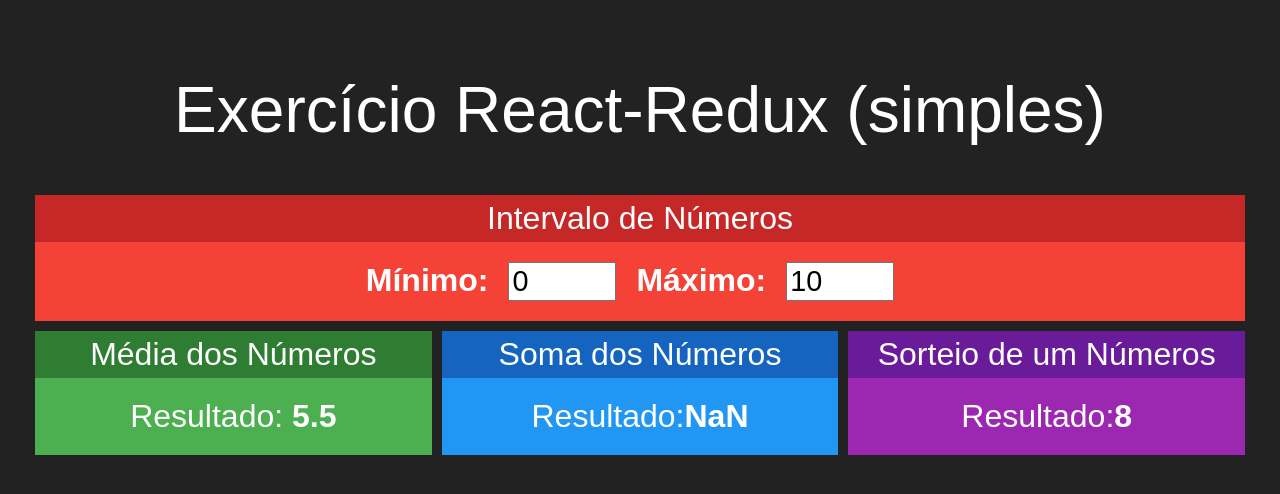
Repository: Henrique-Franca/Clear-Redux-Simples
Page: /
These files come from the project's save history. The page is drawn as it stood at one moment and after the next save; the edit follows.
The browser window is 1280 px wide. The pictures show the whole page.
The project was rebuilt for these pictures with package versions that can differ from the ones it lists, and the page was loaded fresh each time.

Above is the page before, as saved 2022-11-22 08:30:06.

After the next save:
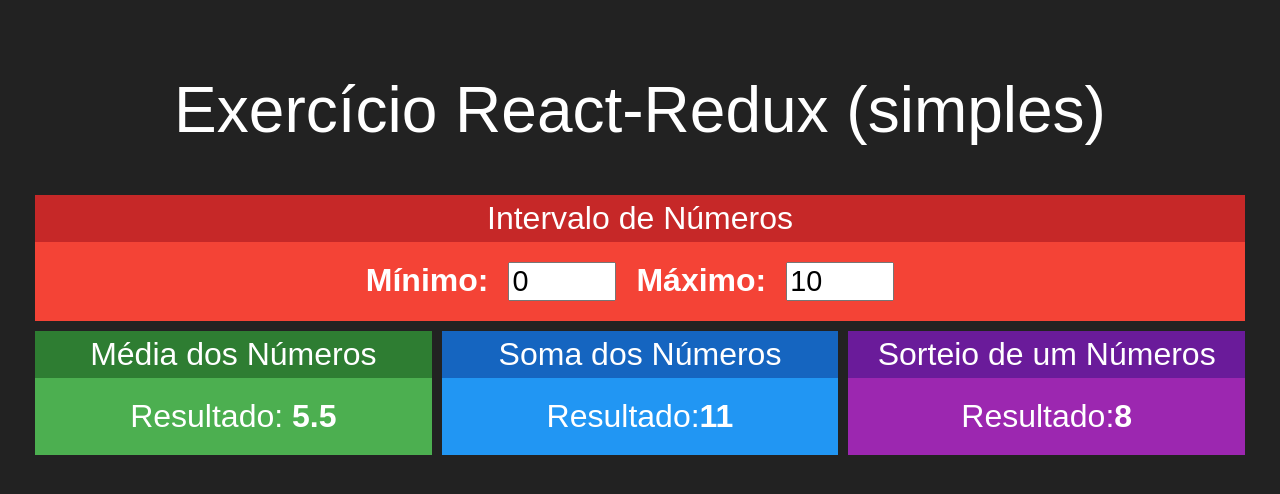
Saved 14 s later.
--- a/src/App.js
+++ b/src/App.js
@@ -20,8 +20,8 @@ function App() {
       </div>
       <div className='linha'>
         <Media min={min} max={max}></Media>
-        <Soma minimo={min} maximo={max}></Soma>
-        <Sorteio minimo={min} maximo={max}></Sorteio>
+        <Soma min={min} max={max}></Soma>
+        <Sorteio min={min} max={max}></Sorteio>
       </div>
     </div>
   );
